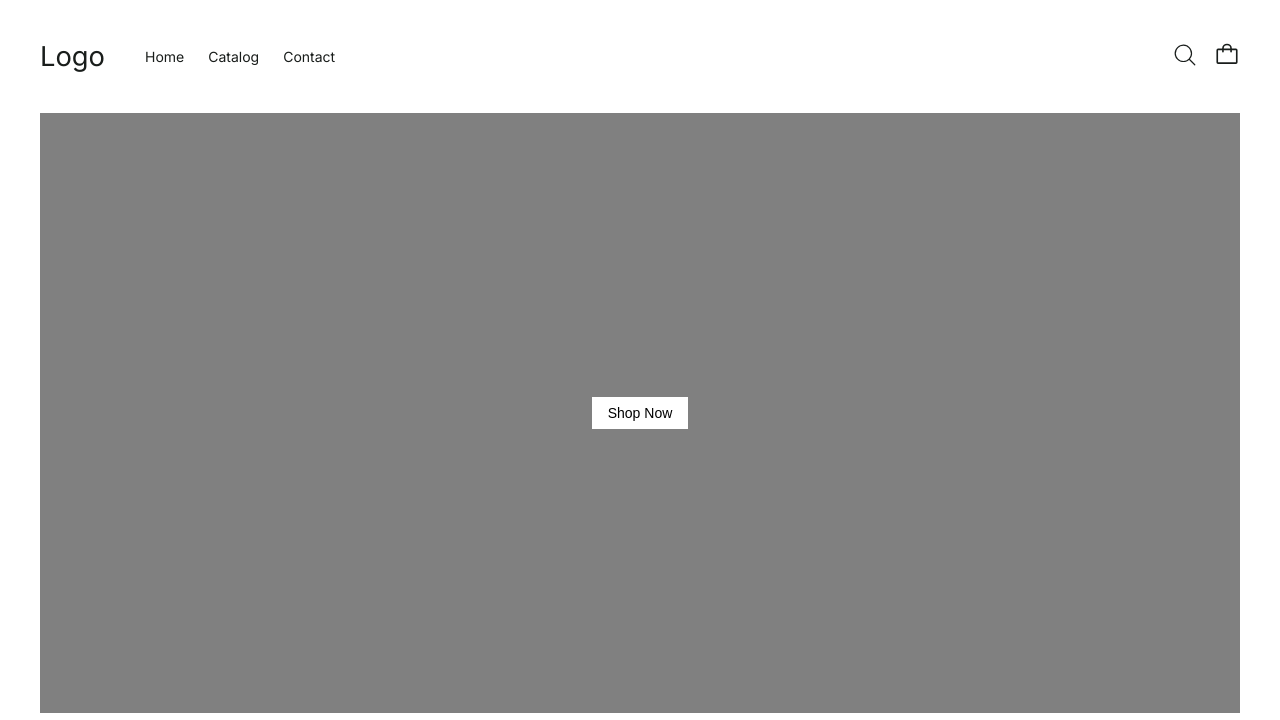
Repository: David-Waite/ecommercefrontendTemplate
Page: /
An editor plug-in stored every save of this project. The page is shown before and after the next save, followed by the edit.
The browser window is 1280 px wide. The pictures show the whole page.
The project was rebuilt for these pictures with package versions that can differ from the ones it lists, and the page was loaded fresh each time. The framework's server and built-in components were replaced by stand-ins that run in the browser. Also part of the build but not shown: next.config.js.

Above is the page before, as saved 2023-08-24 19:27:33.

After the next save:
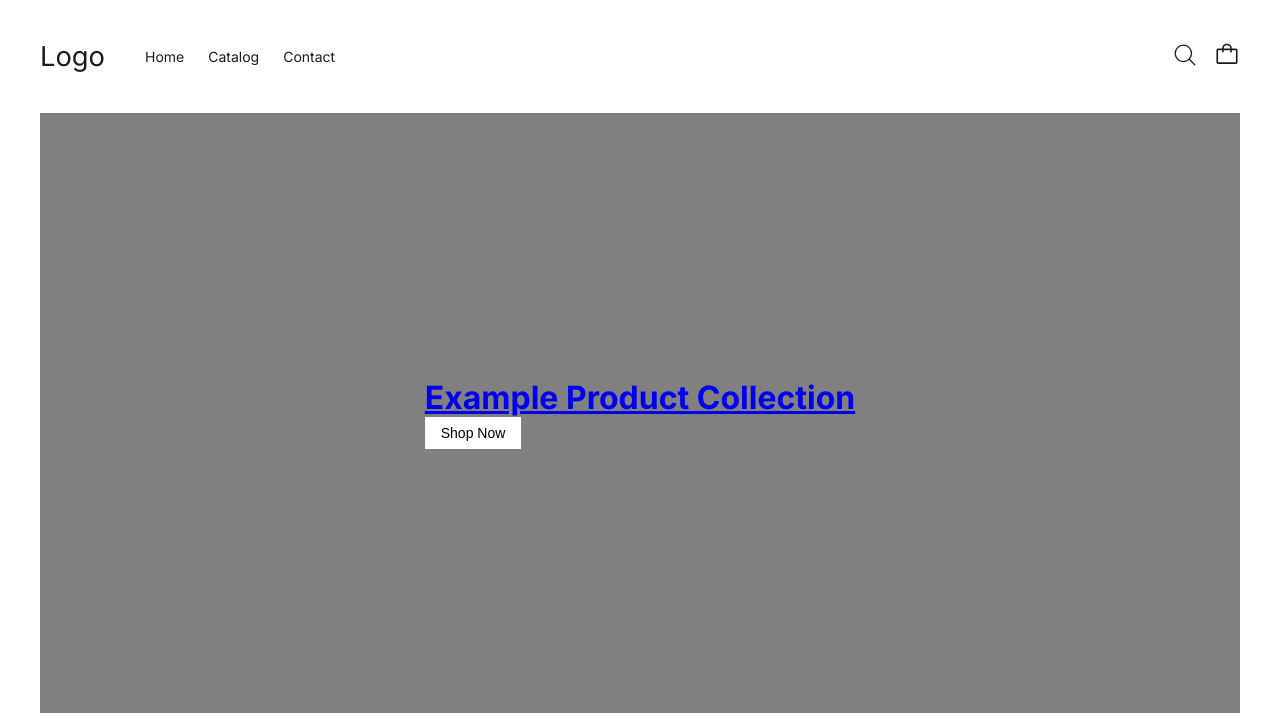
Saved 83 s later.
--- a/app/page.js
+++ b/app/page.js
@@ -8,9 +8,12 @@ export default function Home() {
     <main className={styles.main}>
       <div className={styles.heroImage}>
         <Link href={"#"}>
+          <h1>Example Product Collection</h1>
           <PrimaryButton text={"Shop Now"} />
         </Link>
       </div>
+
+      <h2></h2>
     </main>
   );
 }
